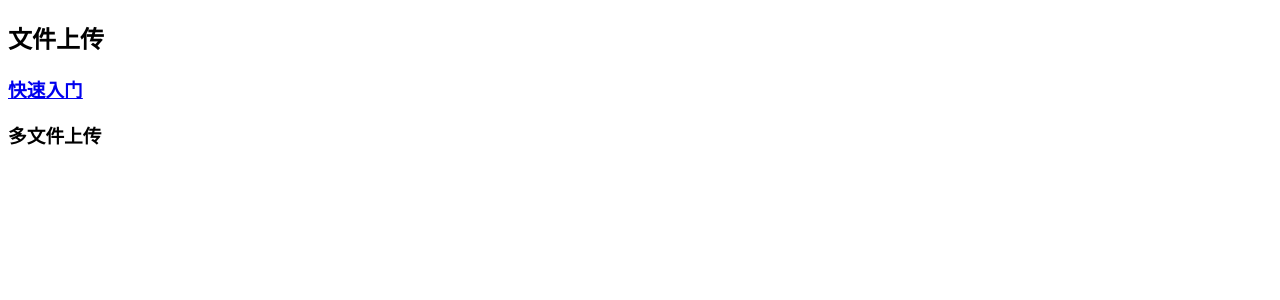
Repository: iamsongpeng/java-web-demo
Page: http://localhost/java-web-demo-upload-01/
These files come from the project's save history. The page is drawn as it stood at one moment and after the next save; the edit follows.
The browser window is 1280 px wide. The pictures show the whole page.
The page is served by Tomcat 9. Other server files are loaded and not shown.

Above is the page before, as saved 2017-06-12 02:29:29.

### java-web-demo-upload-01/WebContent/index.jsp
<%@ page language="java" contentType="text/html; charset=UTF-8"
    pageEncoding="UTF-8"%>
<!DOCTYPE html PUBLIC "-//W3C//DTD HTML 4.01 Transitional//EN" "http://www.w3.org/TR/html4/loose.dtd">
<html>
<head>
<meta http-equiv="Content-Type" content="text/html; charset=UTF-8">
<title>Insert title here</title>
</head>
<body>
	<h2>文件上传</h2>
	<h3><a href="${pageContext.request.contextPath }/upload.jsp">快速入门</a></h3>
	<h3><a>多文件上传</a></h3>

</body>
</html>

After the next save:
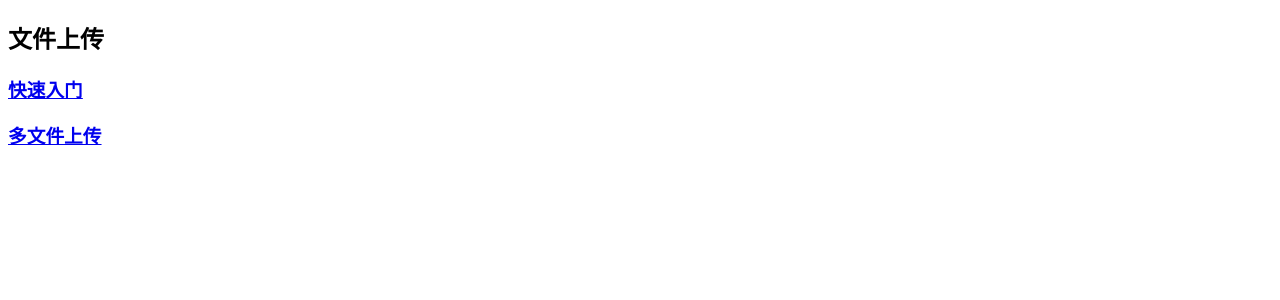
Saved 39 s later.
--- a/java-web-demo-upload-01/WebContent/index.jsp
+++ b/java-web-demo-upload-01/WebContent/index.jsp
@@ -9,7 +9,7 @@
 <body>
 	<h2>文件上传</h2>
 	<h3><a href="${pageContext.request.contextPath }/upload.jsp">快速入门</a></h3>
-	<h3><a>多文件上传</a></h3>
+	<h3><a href="${pageContext.request.contextPath }/manyFileUpload.jsp">多文件上传</a></h3>
 
 </body>
 </html>
